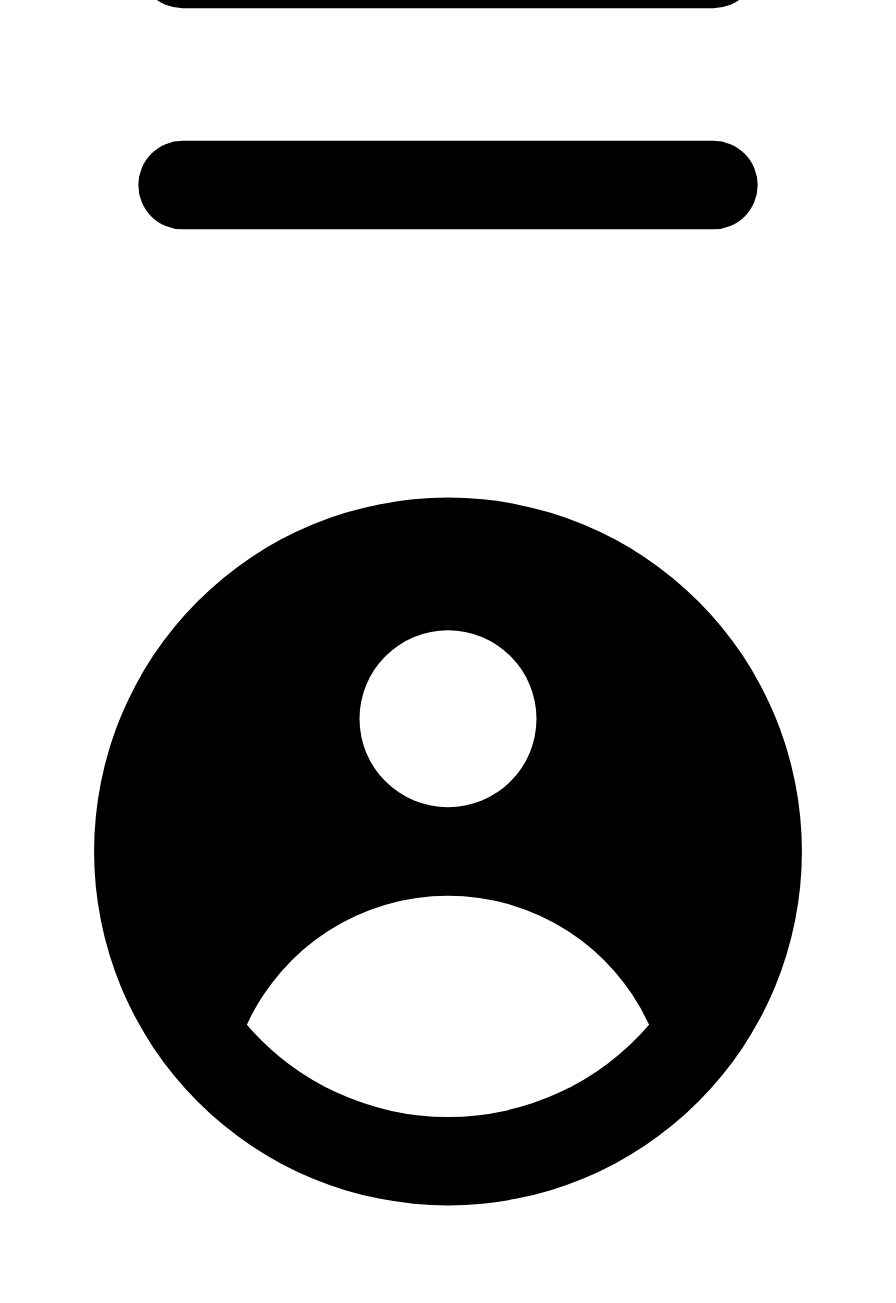
Repository: exiled-kal/AirbNb
Page: /
An editor plug-in stored every save of this project. The page is shown before and after a run of saves, followed by the edit.
The browser window is 1280 px wide. The pictures show the part of the page from y = 3298 to 5218 px (the page is 5159 px tall before and 5218 px after), at 70% of full size.
The project was rebuilt for these pictures with package versions that can differ from the ones it lists, and the page was loaded fresh each time. A package was used in the major version that the imports need, not the one package.json lists. The framework's server and built-in components were replaced by stand-ins that run in the browser. Also part of the build but not shown: next.config.js.

Above is the page before, as saved 2021-08-04 22:27:16.

### pages/index.js
import Head from "next/head";
import Header from "../components/Header";

export default function Home() {
  return (
    <div className="">
      <Head>
        <title>AirBNB</title>
        <link rel="icon" href="/favicon.ico" />
      </Head>
      <Header />
    </div>
  );
}

### components/Header.js
import Image from "next/image";
import {
  SearchIcon,
  GlobeAltIcon,
  MenuIcon,
  UserCircleIcon,
  UsersIcon,
} from "@heroicons/react/solid";

function Header() {
  return (
    <header className="sticky top-0 z-50 grid grid-cols-3 bg-white shadow-md p-5 md:px-10">
      <div className="relative flex items-center h-10 cursor-pointer my-auto">
        <Image
          src="https://links.papareact.com/qd3"
          layout="fill"
          objectFit="contain"
          objectPosition="left"
        />
      </div>
      <div className="flex items-center md:border-2 rounded-full py-2 md:shadow-sm">
        <input
          className="flex-grow pl-5 bg-transparent outline-none text-sm text-gray-600 placeholder-gray-400"
          type="text"
          placeholder="Search"
        />
        <SearchIcon className="hidden md:inline-flex h-8 bg-red-400 text-white rounded-full p-2 cursor-pointer md:mx-2" />
      </div>
      <div className="flex items-center space-x-4 justify-end text-gray-600">
        <p className="hidden md:inline cursor-pointer">Become a Host</p>
        <GlobeAltIcon className="h-6 cursor-pointer" />
        <div className="flex items-center space-x-2 border-2 p-2 rounded-full">
          <MenuIcon className="h-6" />
          <UserCircleIcon className="h-6" />
        </div>
      </div>
    </header>
  );
}

export default Header;

### components/Banner.js
function Banner() {
  return (
    <div>
      <h2>This is Banner</h2>
    </div>
  );
}

export default Banner;

Loaded but not shown: pages/_app.js (common file)

After the next 4 saves:
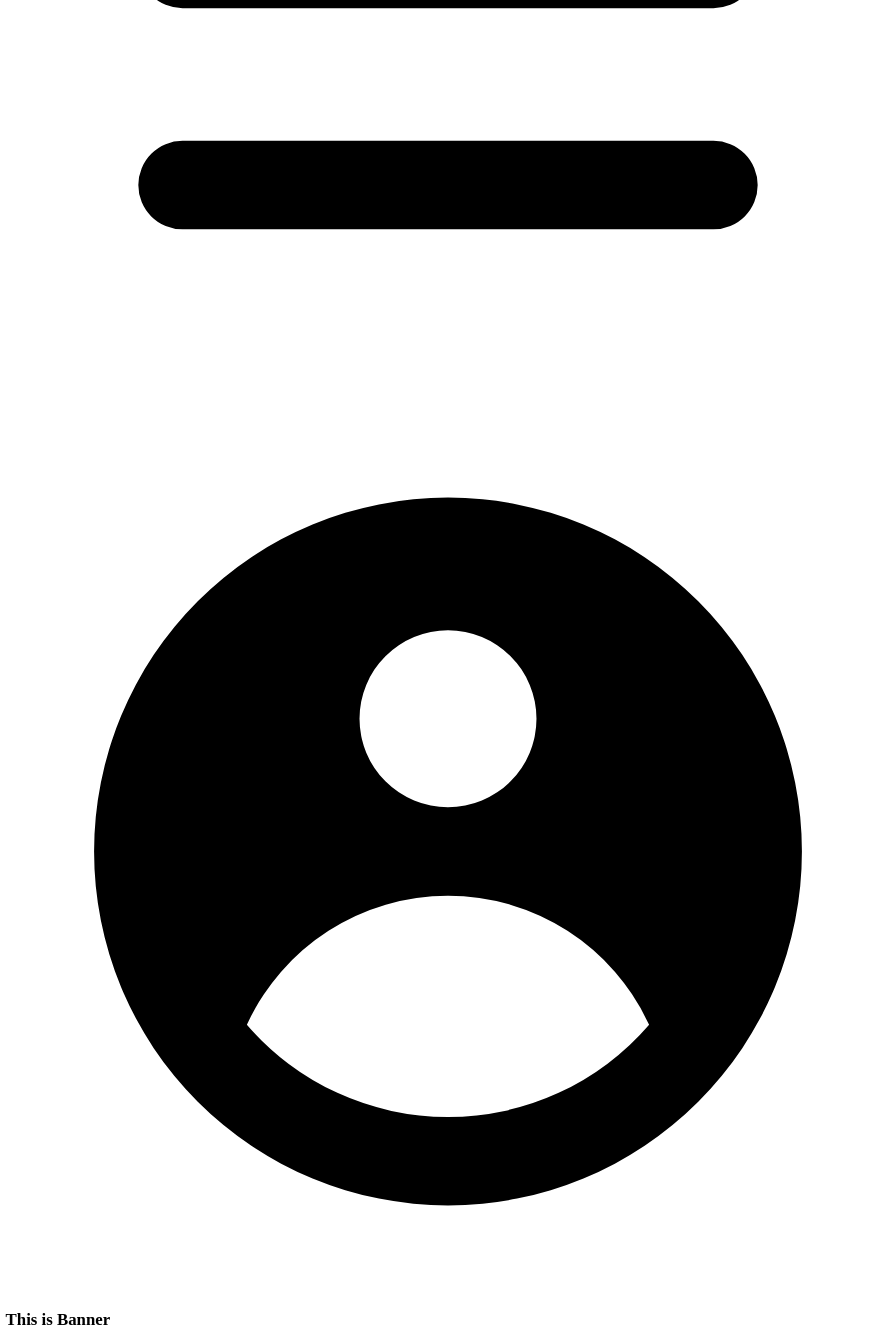
The 4 saves are shown as one change because 1 did not build or start and some came seconds apart.
The last was saved 4 min 17 s later.
--- a/pages/index.js
+++ b/pages/index.js
@@ -1,4 +1,5 @@
 import Head from "next/head";
+import Banner from "../components/Banner";
 import Header from "../components/Header";
 
 export default function Home() {
@@ -9,6 +10,7 @@ export default function Home() {
         <link rel="icon" href="/favicon.ico" />
       </Head>
       <Header />
+      <Banner />
     </div>
   );
 }
